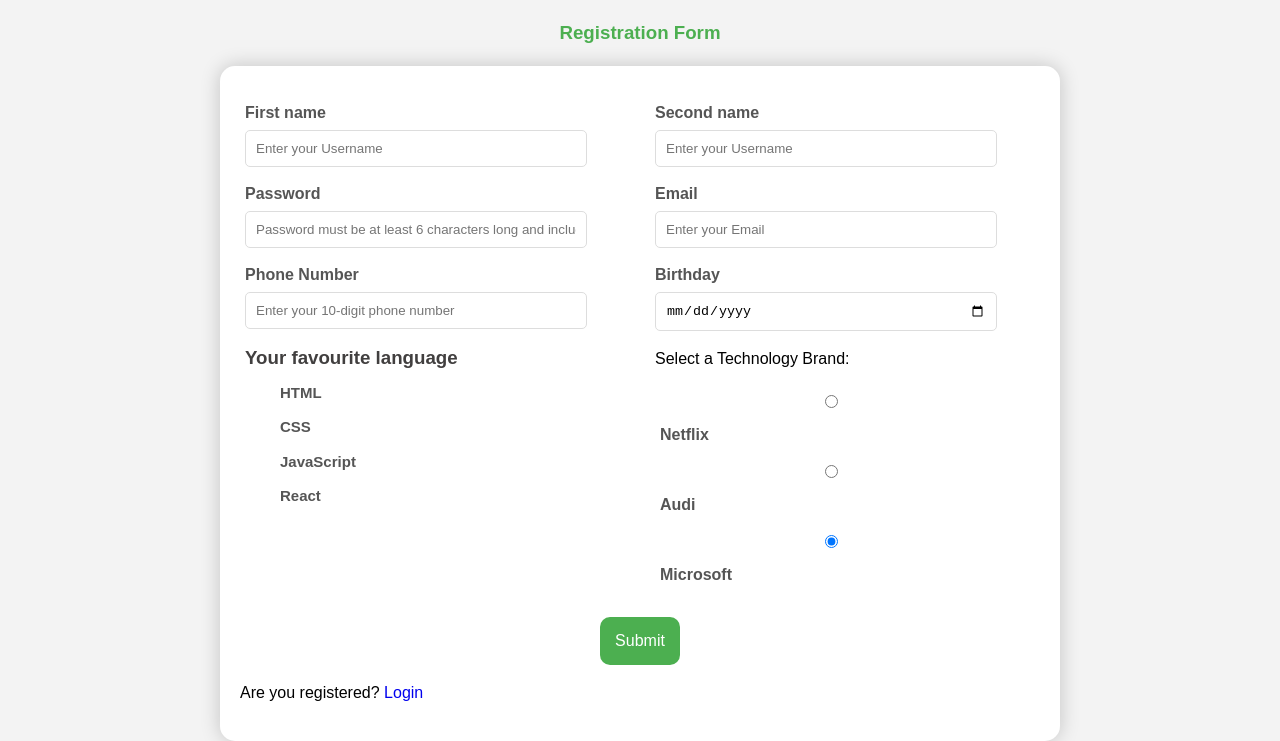
Repository: alizey12/Regestratin-Form-js
Page: regester.html
These files come from the project's save history. The page is drawn as it stood at one moment and after the next save; the edit follows.
The browser window is 1280 px wide. The pictures show the whole page.

Above is the page before, as saved 2024-11-29 20:21:08.

After the next save:
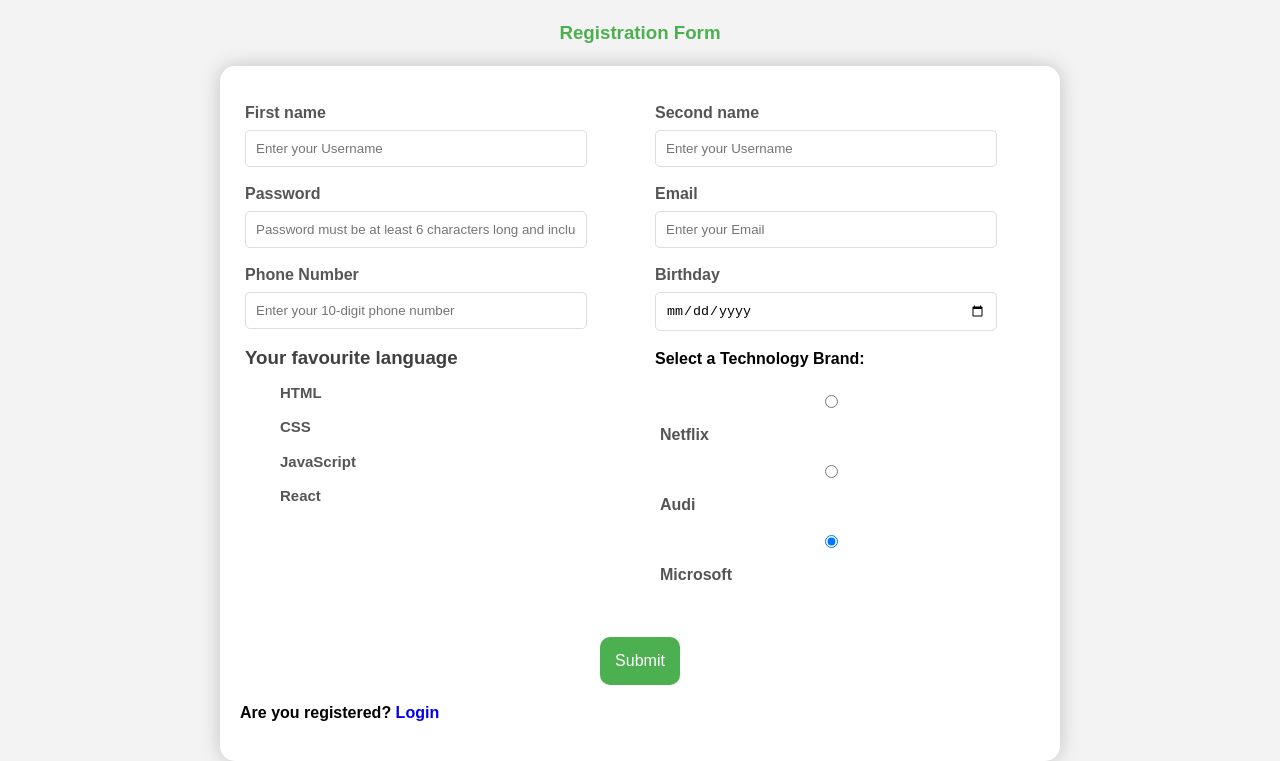
Saved 5 s later.
--- a/regester.html
+++ b/regester.html
@@ -67,7 +67,7 @@
                     <input type="date" id="birthday" name="birthday" required>
 
 
-                        <p><b></b>Select a Technology Brand:</p>
+                        <p><b>Select a Technology Brand:</p>
 
                         <div>
                             <input type="radio"
